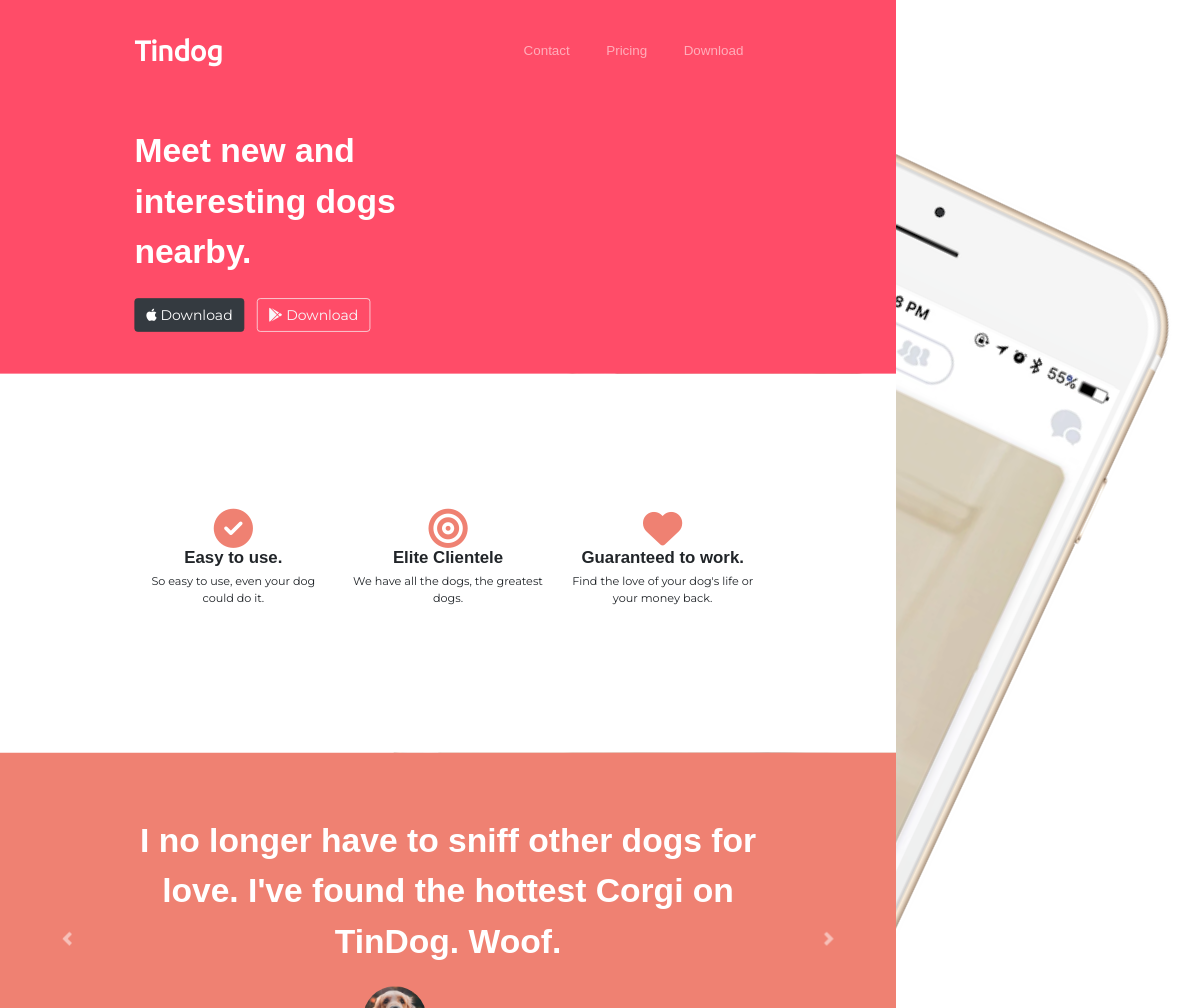
Repository: Mardoqueu/tindog
Page: index.html
An editor plug-in stored every save of this project. The page is shown before and after the next save, followed by the edit.
The browser window is 1280 px wide. The page is 1711 px wide, so the pictures cover 1711 px, including what lies to the right of the window. The pictures show the part of the page from y = 0 to 1440 px (the page is 2598 px tall), at 70% of full size.
Some web libraries are served in a nearby version.

Above is the page before, as saved 2022-10-19 16:37:21.

### index.html
<!DOCTYPE html>
<html>

<head>
  <meta charset="utf-8">
  <title>TinDog</title>

  <!--Google Fonts-->
  <link href="https://fonts.googleapis.com/css2?family=Montserrat&family=Ubuntu&display=swap" rel="stylesheet">
  <link href="https://fonts.googleapis.com/css2?family=Montserrat:wght@400;900&family=Ubuntu&display=swap" rel="stylesheet">


  <!-- Font Awesome -->
  <script src="https://kit.fontawesome.com/6a4d1fb5aa.js" crossorigin="anonymous"></script>


  <!-- Bootstrap Scripts -->

  <link rel="stylesheet" href="https://stackpath.bootstrapcdn.com/bootstrap/5.0.0-alpha1/css/bootstrap.min.css" integrity="sha384-r4NyP46KrjDleawBgD5tp8Y7UzmLA05oM1iAEQ17CSuDqnUK2+k9luXQOfXJCJ4I" crossorigin="anonymous">
  <script src="https://stackpath.bootstrapcdn.com/bootstrap/5.0.0-alpha1/js/bootstrap.min.js" integrity="sha384-oesi62hOLfzrys4LxRF63OJCXdXDipiYWBnvTl9Y9/TRlw5xlKIEHpNyvvDShgf/" crossorigin="anonymous"></script>
  <script src="https://cdn.jsdelivr.net/npm/popper.js@1.16.0/dist/umd/popper.min.js" integrity="sha384-Q6E9RHvbIyZFJoft+2mJbHaEWldlvI9IOYy5n3zV9zzTtmI3UksdQRVvoxMfooAo" crossorigin="anonymous"></script>

  <!--CSS Stylesheets -->
  <link rel="stylesheet" href="css/styles.css">
</head>

<body>
  <section id="title">
    <div class="container-fluid">


    <!-- Nav Bar -->
    <nav class="navbar navbar-expand-lg navbar-dark">
      <a class="navbar-brand" href="">Tindog</a>
       <button class="navbar-toggler" type="button" data-toggle="collapse" data-target="#navbarSupportedContent" aria-controls="navbarSupportedContent" aria-expanded="false" aria-label="Toggle navigation">
      <span class="navbar-toggler-icon"></span>
    </button>
    <div class="collapse navbar-collapse" id="navbarSupportedContent">
      <ul class="navbar-nav ml-auto">
          <li class="nav-item">
              <a class="nav-link" href="">Contact</a>
          </li>
          <li class="nav-item">
              <a class="nav-link" href="">Pricing</a>
          </li>
          <li class="nav-item">
              <a class="nav-link" href="">Download</a>
          </li>
      </ul>
   </div>
  </nav>


    <!-- Title -->

    <div class="row">

      <div class="col-lg-6">
        <h1>Meet new and interesting dogs nearby.</h1>
        <button type="button" class="btn btn-dark btn-lg download-button"> <i class="fa-brands fa-apple"></i> Download</button>
        <button type="button" class="btn btn-outline-light btn-lg download-button" > <i class="fa-brands fa-google-play"></i> Download</button>
      </div>


      <div class="col-lg-6">
        <img class="title-image" src="images/iphone6.png" alt="iphone-mockup">
      </div>
    </div>
  </div>

  </section>


  <!-- Features -->

  <section id="features">

    <div class=".container-fluid">
      <div class="row col-sm">
        <div class="col-sm">
        <i class="fa-solid fa-circle-check icon-section"></i>
        <h3>Easy to use.</h3>
        <p>So easy to use, even your dog could do it.</p>
        </div>

        <div class="col-sm">
        <i class="fa-solid fa-bullseye icon-section"></i>
        <h3>Elite Clientele</h3>
        <p>We have all the dogs, the greatest dogs.</p>
        </div>

        <div class="col-sm">
        <i class="fa-solid fa-heart icon-section"></i>
        <h3>Guaranteed to work.</h3>
        <p>Find the love of your dog's life or your money back.</p>
        </div>
      </div>
    </div>

  </section>


  <!-- Testimonials -->

  <section id="testimonials">

    <div id="testimonials-carousel" class="carousel slide" data-ride="false">
      <div class="carousel-inner">
        <div class="carousel-item active">
          <h2>I no longer have to sniff other dogs for love. I've found the hottest Corgi on TinDog. Woof.</h2>
          <img class="testimonial-image" src="images/dog-img.jpg" alt="dog-profile">
          <em>Pebbles, New York</em>
        </div>
        <div class="carousel-item">
          <h2 class="testimonial-text">My dog used to be so lonely, but with TinDog's help, they've found the love of their life. I think.</h2>
          <img class="testimonial-image" src="images/lady-img.jpg" alt="lady-profile">
          <em>Beverly, Illinois</em>
        </div>
      </div>

      <a class="carousel-control-prev" href="#testimonials-carousel" role="button" data-slide="prev">
        <span class="carousel-control-prev-icon"></span>
      </a>

      <a class="carousel-control-next" href="#testimonials-carousel" role="button" data-slide="next">
        <span class="carousel-control-next-icon"></span>
      </a>
    </div>






  </section>


  <!-- Press -->

  <section id="press">
    <img class="press-logo" src="images/techcrunch.png" alt="tc-logo">
    <img class="press-logo" src="images/tnw.png" alt="tnw-logo">
    <img class="press-logo" src="images/bizinsider.png" alt="biz-insider-logo">
    <img class="press-logo" src="images/mashable.png" alt="mashable-logo">

  </section>


  <!-- Pricing -->

  <section id="pricing">

    <h2>A Plan for Every Dog's Needs</h2>
    <p>Simple and affordable price plans for your and your dog.</p>

    <div class="row">

      <div class="princing-column col-lg-4 col-md-6">
        <div class="card">
          <div class="card-header">
            <h3>Chihuahua</h3>
          </div>
          <div class="card-body">
            <h2>Free</h2>
            <p>5 Matches Per Day</p>
            <p>10 Messages Per Day</p>
            <p>Unlimited App Usage</p>
            <button type="button" class="w-100 btn btn-lg btn-outline-dark">Sign up</button>          </div>
        </div>
      </div>


      <div class="princing-column col-lg-4 col-md-6">
        <div class="card">
          <div class="card-header">
            <h3>Labrador</h3>
          </div>
          <div class="card-body">
            <h2>$49 / mo</h2>
            <p>Unlimited Matches</p>
            <p>Unlimited Messages</p>
            <p>Unlimited App Usage</p>
            <button type="button"  class="w-100 btn btn-lg btn-dark">Sign Up</button>
          </div>
        </div>
      </div>


      <div class="princing-column col-lg-4 col-md-12">
        <div class="card">
          <div class="card-header">
            <h3>Mastiff</h3>
          </div>
          <div class="card-body">
            <h2>$99 / mo</h2>
            <p>Pirority Listing</p>
            <p>Unlimited Matches</p>
            <p>Unlimited Messages</p>
            <button type="button" class="w-100 btn btn-lg btn-dark">Sign Up</button>
          </div>
        </div>
      </div>


    </div>

  </section>


  <!-- Call to Action -->

  <section id="cta">

    <h3>Find the True Love of Your Dog's Life Today.</h3>
    <button type="button">Download</button>
    <button type="button">Download</button>

  </section>


  <!-- Footer -->

  <footer id="footer">

    <p>© Copyright TinDog</p>

  </footer>


</body>

</html>

### css/styles.css
body{
    font-family: "Montserrat";
}

#title{
    background-color: #ff4c68;
    color: #fff;
}
.container-fluid{
    padding: 3% 15%;

}

h1 {
    font-family: 'Montserrat-Black', sans-serif;
    font-size: 3rem;
    line-height: 1.5;
    font-weight: 900;
}

h2{
    font-family: 'Montserrat-Bold', sans-serif;
    font-size: 3rem;
    line-height: 1.5;
    font-weight: 900;
}

/*Navigation Bar */

.navbar{
    padding: 0 0 4.5rem;
}

.navbar-brand{
    font-family: "Ubuntu";
    font-size: 2.5rem;
    font-weight: bold;
}

.nav-item {
    padding:  0 18px;
}

.nav-link{
    font-size: 1.2rem;
    font-family: 'Montserrat-Light', sans-serif;
}


/*Downloads Buttons */

.download-button{
    margin: 5% 3% 5% 0;
}


.title-image{
    width: 60%;
    transform: rotate(25deg);
    z-index: -1;
    position: absolute;
}

/* Section #features */

#features{
    text-align:center;;
    padding: 15% 15%;
    background-color: #fff;
    position: relative;
    z-index: 1;
}

h3{
    font-family: 'Montserrat-Black', sans-serif;
    font-size: 1.5rem;
    font-weight: 900;
}

.icon-section{
    font-size: 3.5rem;
    color: #ef8172;
}

.icon-section:hover{
    color: red;
}


/*Testimonials*/

#testimonials{

    text-align: center;
    background-color: #ef8172;
    color: #fff;
}

.testimonial-image{
    width: 10%;
    border-radius: 100%;
    margin: 20px;
    font-weight: 900;

}

#press{
    background-color: #ef8172;
    text-align: center;
    padding: 3%;
}

.press-logo{
    width: 15%;
    margin: 20px;
}

.carousel-item{
    padding: 7% 15%;
}

/*Pricing Section*/

#pricing{
    padding: 7% 15%;
    text-align: center;
}

.princing-column{
    padding: 3% 2%;
}

After the next save:
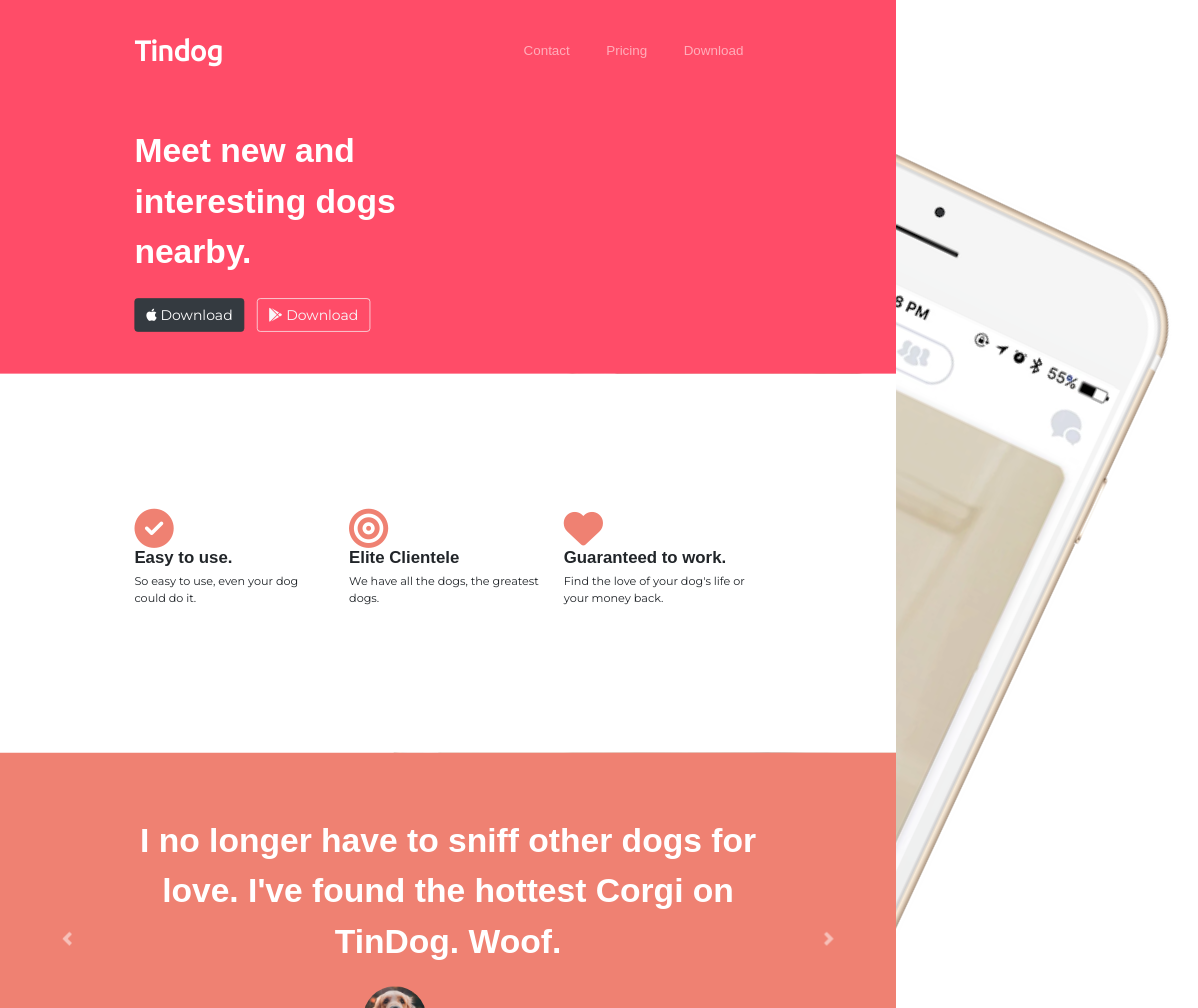
Saved 10 s later.
--- a/css/styles.css
+++ b/css/styles.css
@@ -64,7 +64,6 @@
 /* Section #features */
 
 #features{
-    text-align:center;;
     padding: 15% 15%;
     background-color: #fff;
     position: relative;
